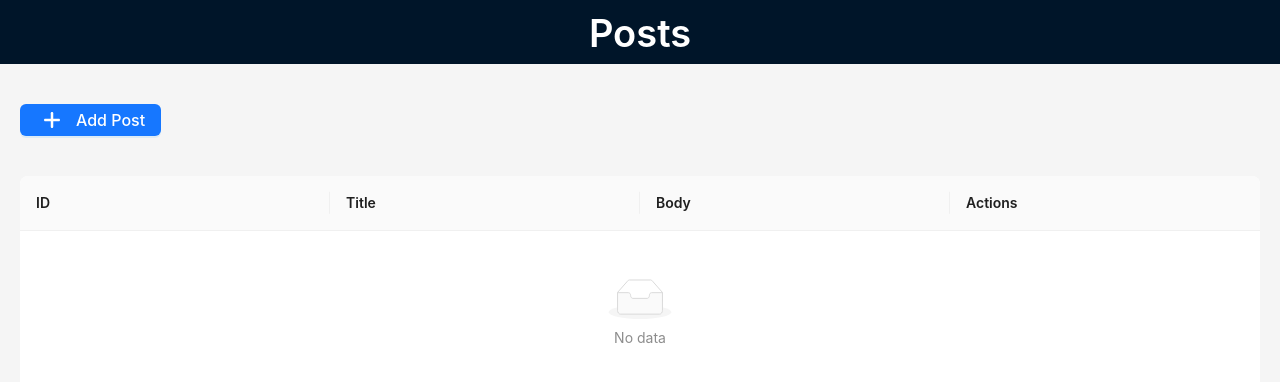
Repository: yasserrrz/Denamo-posts
Page: /
The author's editor kept a copy of each file at every save. The page is drawn from the files as they stood at one save, then again after a run of saves.
The browser window is 1280 px wide. The pictures show the whole page.
The page's requests for data from a server got no answer. The project was rebuilt for these pictures with package versions that can differ from the ones it lists, and the page was loaded fresh each time. No one was signed in, and anything a server would have sent is missing. Also part of the build but not shown: src/components/PostForm.tsx.

Above is the page before, as saved 2024-11-28 15:43:56.

### src/App.tsx
import React, { useState } from 'react';
import { Button, Layout, Modal, Typography } from 'antd';
import DataTable from './components/DataTable';
// import AddPostForm from './components/AddPostForm';
import './App.css';
import PostForm from './components/PostForm';
import {ReactComponent as AddIcon} from "./assets/add-277.svg";
const { Header, Content } = Layout;
const { Title } = Typography;


const App: React.FC = () => {
  const [isModalOpen, setIsModalOpen] = useState(false);
  return (<>
    <Layout style={{ minHeight: '100vh' }}>
      <Header style={{ color: 'white', textAlign: 'center'   }}>
        <Title level={1} style={{ color: 'white' , textAlign: 'center' , marginTop: '10px' }}>
          Posts
        </Title>
      </Header>

      <Content style={{ padding: '20px' }}>
         <div style={{marginTop: '20px ' , marginBottom: '20px' , display: 'flex', justifyContent: 'e' }}>
         <Button onClick={()=>{setIsModalOpen(true)}} style={{fontSize: '16px' , fontWeight: '500'}} type="primary"><AddIcon/> Add Post</Button>
         </div>
        <div style={{ marginTop: '40px' }}>
          <DataTable />
        </div>
      </Content>
    </Layout>
    <Modal open={isModalOpen} title="Add New Post" centered width={800} onCancel={() => setIsModalOpen(false)} footer={null}>
      <PostForm  setIsModalOpen={setIsModalOpen} />
    </Modal>
  </>
  );
};

export default App;

### src/components/DataTable.tsx
import React, { useEffect, useState } from 'react';
import { Table, Button, Modal, Form, Input, notification } from 'antd';
import axios from 'axios';
import { Post } from '../types/Post';
import {ReactComponent as EditIcon} from "../assets/edit.svg"
import {ReactComponent as DeleteIcon} from "../assets/delete-icon-1.svg"
const DataTable: React.FC = () => {
  const [posts, setPosts] = useState<Post[]>([]);
  const [loading, setLoading] = useState<boolean>(true);
  const [editingPost, setEditingPost] = useState<Post | null>(null);
  const [isModalOpen, setIsModalOpen] = useState<boolean>(false);
  const [deleteModalOpen, setDeleteModalOpen] = useState<boolean>(false);

  useEffect(() => {
    const fetchData = async () => {
      setLoading(true);
      try {
        const response = await axios.get<Post[]>('https://jsonplaceholder.typicode.com/posts');
        setPosts(response.data);
      } catch (error) {
        console.log(error);
      } finally {
        setLoading(false);
      }
    };

    fetchData();
  }, []);

  const handleEdit = (post: Post) => {
    setEditingPost(post);
    setIsModalOpen(true);
  };

  const handleUpdatePost = async (values: Omit<Post, 'id'>) => {
    if (!editingPost) return;

    try {
      const response = await axios.put<Post>(
        `https://jsonplaceholder.typicode.com/posts/${editingPost.id}`,
        values
      );
      setPosts((prev) =>
        prev.map((post) => (post.id === editingPost.id ? { ...post, ...response.data } : post))
      );
      notification.success({
        message: 'Post Updated',
        description: `Post with ID ${editingPost.id} was updated successfully.`,
      });
    } catch (error) {
      notification.error({
        message: 'Error',
        description: 'Failed to update the post.',
      });
    } finally {
      setIsModalOpen(false);
      setEditingPost(null);
    }
  };

  const handleDelete = async (id: number) => {
    try {
      await axios.delete(`https://jsonplaceholder.typicode.com/posts/${id}`);
      setPosts((prev) => prev.filter((post) => post.id !== id));
      notification.success({
        message: 'Post Deleted',
        description: `Post with ID ${id} was deleted successfully.`,
      });
    } catch (error) {
      notification.error({
        message: 'Error',
        description: 'Failed to delete the post.',
      });
    }
    setDeleteModalOpen(false);
  };

  const columns = [
    {
      title: 'ID',
      dataIndex: 'id',
      key: 'id',
    },
    {
      title: 'Title',
      dataIndex: 'title',
      key: 'title',
    },
    {
      title: 'Body',
      dataIndex: 'body',
      key: 'body',
    },
    {
      title: 'Actions',
      key: 'actions',
      render: (text: any, record: Post) => (
        <div style={{ width: '100%', display: 'flex', gap: '10px', justifyContent: 'space-around' }}>
          <Button type="primary"  onClick={() => handleEdit(record)}>
            <EditIcon/>
          </Button>
          <Button type={"primary"} danger onClick={() => {
            setEditingPost(record);
            setDeleteModalOpen(true);
          }}>
            <DeleteIcon/>
          </Button>
        </div>
      ),
    },
  ];

  return (
    <>
      <Table
        dataSource={posts}
        columns={columns}
        rowKey="id"
        loading={loading}
        scroll={{ y: "calc(100vh - 250px)",  x: 700}}
        pagination={{ pageSize: 10 }}
      />

      {/* Edit Modal */}
      <Modal
        title="Edit Post"
        open={isModalOpen}
        onCancel={() => setIsModalOpen(false)}
        footer={null}
        style={{maxWidth: 800}}
        centered
      >
        <Form
          initialValues={{ title: editingPost?.title, body: editingPost?.body }}
          onFinish={handleUpdatePost}
          layout="vertical"
        >
          <Form.Item
            name="title"
            label="Title"
            rules={[{ required: true, message: 'Please input the title!' }]}

          >
            <Input placeholder="Enter post title" />
          </Form.Item>
          <Form.Item
            name="body"
            label="Body"
            rules={[{ required: true, message: 'Please input the body!' }]}
          >
            <Input.TextArea rows={4} placeholder="Enter post body" />
          </Form.Item>
          <Form.Item style={{ textAlign: 'center' , display: 'flex', justifyContent: 'flex-end' }}>
            <Button type="default"  htmlType="submit">
              Update Post
            </Button>
          </Form.Item>
        </Form>
      </Modal>

      {/* Delete Modal */}
      <Modal
        title="Delete Post"
        open={deleteModalOpen}
        onCancel={() => setDeleteModalOpen(false)}
        footer={null}
        style={{ maxWidth: 500 }}
        centered
      >
        <p>Are you sure you want to delete this post?</p>
        <div style={{ display: 'flex', gap: '10px', justifyContent: "flex-end" }}>
          <button className='delete-btn' onClick={() => handleDelete(editingPost?.id || 0)}>
            Yes
          </button>
          <button  className='cancel' onClick={() => setDeleteModalOpen(false)}>No</button>
        </div>
      </Modal>
    </>
  );
};

export default DataTable;

### src/App.css
.cancel{
  color: #000000e0;
  background-color: #fff;
  border: 1px solid #000000e0;
  border-radius: 8px;
  padding: 8px 15px;
  cursor: pointer;
  transition: all 0.15s ease-in-out;
}

.cancel:hover{
  background-color: #000000e0;
  color: #fff;
}

.delete-btn{
  color: #fff;
  background-color: #ff4d4f;
  border: 1px solid #ff4d4f;
  border-radius: 8px;
  padding: 8px 15px;
  cursor: pointer;
  transition: all 0.15s ease-in-out;
}

.delete-btn:hover{
  background-color: #fff;
  color: #ff4d4f;
  border: 1px solid #ff4d4f;
}

.ant-table-body {
  scrollbar-width: thin;
  scrollbar-color: #888 #f5f5f5;
  overflow-y: scroll; /* Ensure vertical scrolling is functional */
  scrollbar-width: none; /* Hide scrollbar in Firefox */
}

.ant-table-body ::-webkit-scrollbar-corner
 {
  display: none;
}

.svg-container {
  width: 24px;
  height: 24px;
}

.svg-container svg {
  width: 100%;
  height: 100%;
}

Loaded but not shown: public/index.html (common file); src/index.tsx (common file); src/index.css (common file); src/reportWebVitals.ts (common file)

After the next 2 saves:
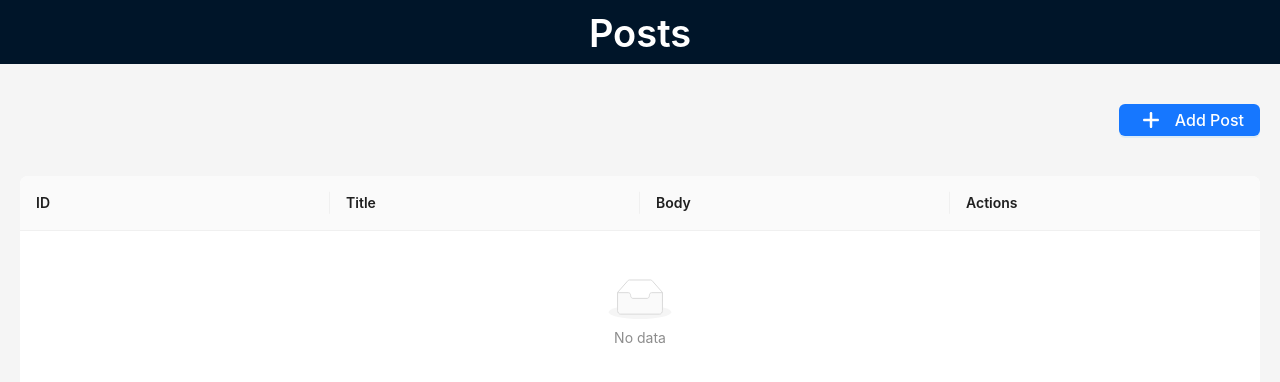
The 2 saves are shown as one change because they came seconds apart.
The last was saved 5 s later.
--- a/src/App.tsx
+++ b/src/App.tsx
@@ -20,7 +20,7 @@ const App: React.FC = () => {
       </Header>
 
       <Content style={{ padding: '20px' }}>
-         <div style={{marginTop: '20px ' , marginBottom: '20px' , display: 'flex', justifyContent: 'e' }}>
+         <div style={{marginTop: '20px ' , marginBottom: '20px' , display: 'flex', justifyContent: 'flex-end' }}>
          <Button onClick={()=>{setIsModalOpen(true)}} style={{fontSize: '16px' , fontWeight: '500'}} type="primary"><AddIcon/> Add Post</Button>
          </div>
         <div style={{ marginTop: '40px' }}>
